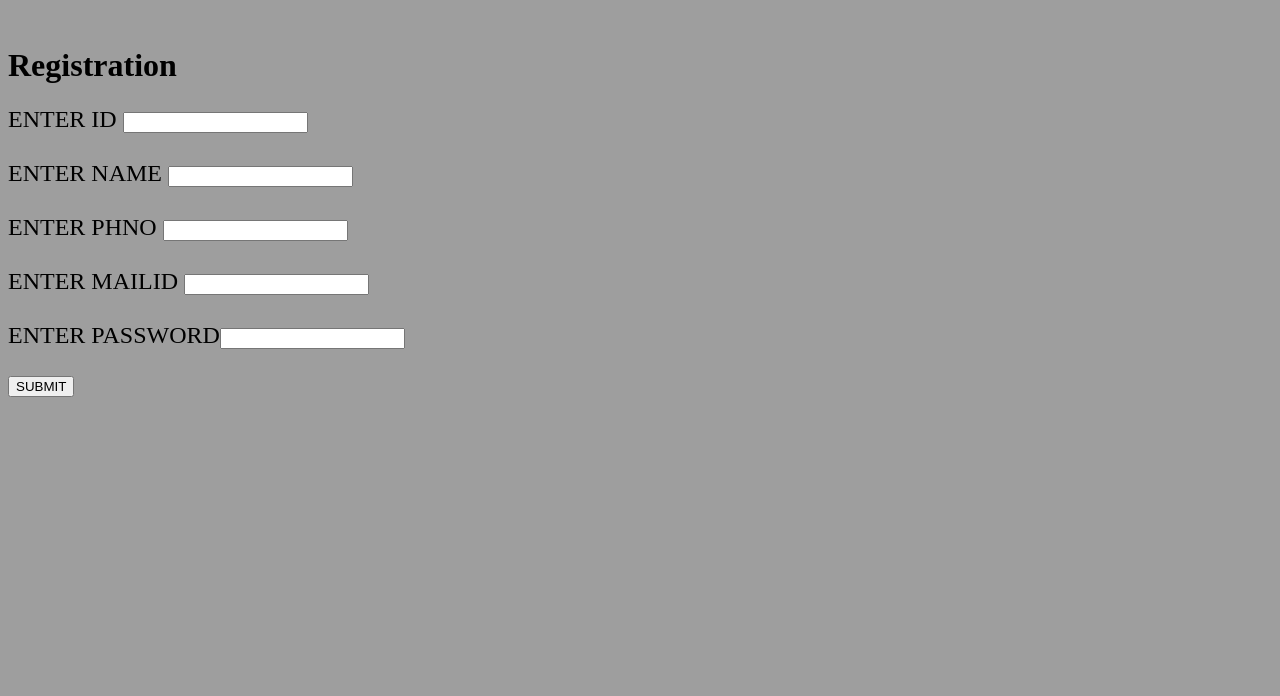
Repository: subhamsourabh265/LibManagementSystemJ2EE-
Page: library/WebContent/registration.html
An editor plug-in stored every save of this project. The page is shown before and after the next save, followed by the edit.
The browser window is 1280 px wide. The pictures show the whole page.

Above is the page before, as saved 2015-07-06 20:19:24.

After the next save:
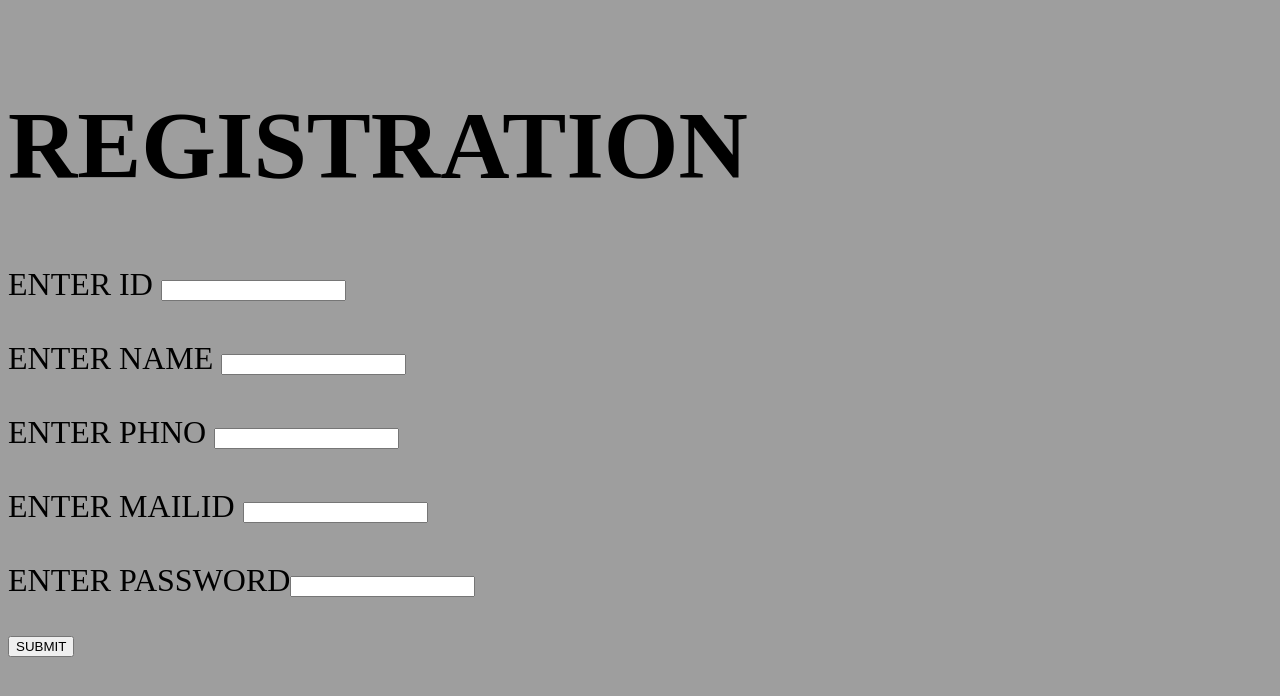
Saved 2 min 41 s later.
--- a/library/WebContent/registration.html
+++ b/library/WebContent/registration.html
@@ -5,9 +5,9 @@
 <title>Registration Page</title>
 </head>
 <body background="F:\IMAGES\wallpaper\hp_clean_blue_wallpaper_hp_computers_wallpaper_1600_1200_2748.jpg"><br>
-<h1>Registration</h1>
+<font size = 10 color = black ><h1><b>REGISTRATION</b></h1></font>
 <form action="signup" method="post">
-<font size = 5 color= black>
+<font size = 6 color= black>
 ENTER ID     <input type="text" name="n1"><br><br>
 ENTER NAME   <input type="text" name="n2"><br><br>
 ENTER PHNO   <input type="text" name="n3"><br><br>
